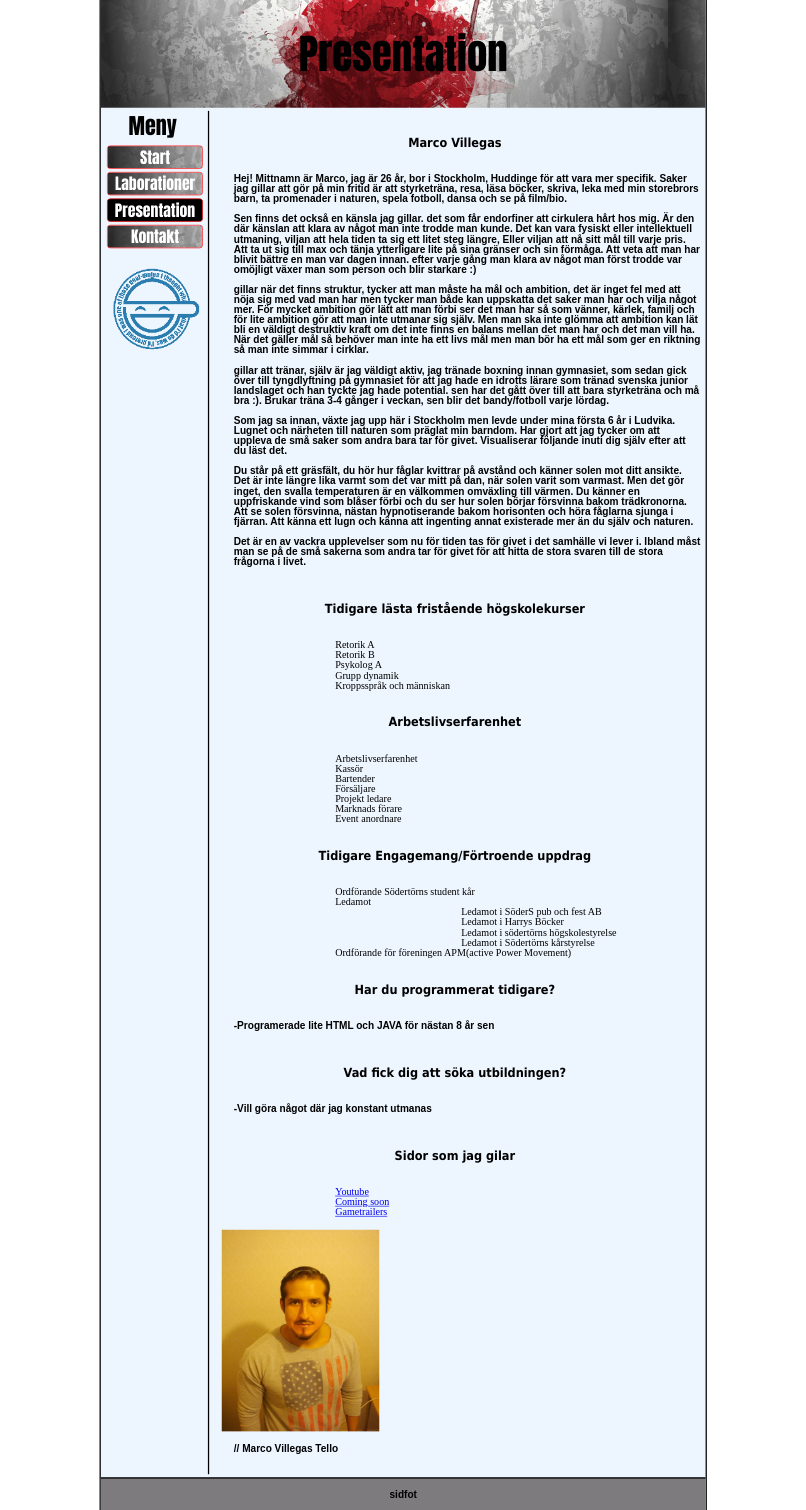
Repository: Marco30/1ik415-laborationer
Page: pages/presentation.html
The author's editor kept a record of every edit. The page is drawn from the files as they stood at one moment, then again after the next edit.
The browser window is 1280 px wide. The pictures show the whole page, at 63% of full size.

Above is the page before.

### pages/presentation.html
<!DOCTYPE html>

<html lang="sv">

<head>

        <meta charset="UTF-8"/>

        <title>Min första sida</title>

        <link href="../CSS/style.css" rel="stylesheet" type="text/css">

    <link rel="apple-touch-icon" href="..ios/apple-touch-icon-iphone-60x60.png">
<link rel="apple-touch-icon" sizes="60x60" href="..ios/apple-touch-icon-ipad-76x76.png">
<link rel="apple-touch-icon" sizes="114x114" href="..ios/apple-touch-icon-iphone-retina-120x120.png">
<link rel="apple-touch-icon" sizes="144x144" href="..ios/apple-touch-icon-ipad-retina-152x152.png">

</head>

<body>

<div id="inramning">

        <div id="sidhuvud">

        <h1>Presentation</h1>

        </div>

        <div id="menyruta">

        <div id="meny">

        <h4>Meny</h4>

        <ul>

                <li> <a href="../index.html">Start</a> </li>

                <li> <a href="Laborationer.html">Laborationer</a> </li>

                <li> <a href="presentation.html" id="active">Presentation</a> </li>

                <li> <a href="kontakt.html">Kontakt</a> </li>

        </ul>

        </div>

        </div>

        <div id="blogg">

        <H4>Marco Villegas</H4>

        <p>
                Hej! Mittnamn är Marco, jag är 26 år, bor i Stockholm, Huddinge för att vara mer specifik.
                Saker jag gillar att gör på min fritid är att styrketräna, resa, läsa böcker, skriva, leka med min storebrors barn, ta promenader i naturen, spela fotboll, dansa och se på film/bio.
        </p>

        <br/>

        <p>
                Sen finns det också en känsla jag gillar. det som får endorfiner att cirkulera hårt hos mig. Är den där känslan att klara av något man inte trodde man kunde. Det kan vara fysiskt eller intellektuell utmaning, viljan att hela tiden ta sig ett litet steg längre, Eller viljan att nå sitt mål till varje pris. Att ta ut sig till max och tänja ytterligare lite på sina gränser och sin förmåga. Att veta att man har blivit bättre en man var dagen innan. efter varje gång man klara av något man först trodde var omöjligt växer man som person och blir starkare :)
        </p>

        <br/>

        <p>
                gillar när det finns struktur, tycker att man måste ha mål och ambition, det är inget fel med att nöja sig med vad man har men tycker man både kan uppskatta det saker man har och vilja något mer. För mycket ambition gör lätt att man förbi ser det man har så som vänner, kärlek, familj och för lite ambition gör att man inte utmanar sig själv. Men man ska inte glömma att ambition kan lät bli en väldigt destruktiv kraft om det inte finns en balans mellan det man har och det man vill ha. När det gäller mål så behöver man inte ha ett livs mål men man bör ha ett mål som ger en riktning så man inte simmar i cirklar.
        </p>

        <br/>

        <p>
                gillar att tränar, själv är jag väldigt aktiv, jag tränade boxning innan gymnasiet, som sedan gick över till tyngdlyftning på gymnasiet för att jag hade en idrotts lärare som tränad svenska junior landslaget och han tyckte jag hade potential. sen har det gått över till att bara styrketräna och må bra :). Brukar träna 3-4 gånger i veckan, sen blir det bandy/fotboll varje lördag.
        </P>

        <br/>

        <p>
                Som jag sa innan, växte jag upp här i Stockholm men levde under mina första 6 år i Ludvika. Lugnet och närheten till naturen som präglat min barndom. Har gjort att jag tycker om att uppleva de små saker som andra bara tar för givet.
                Visualiserar följande inuti dig själv efter att du läst det.
        </p>

        <br/>

        <p>
                Du står på ett gräsfält, du hör hur fåglar kvittrar på avstånd och känner solen mot ditt ansikte. Det är inte längre lika varmt som det var mitt på dan, när solen varit som varmast. Men det gör inget, den svalla temperaturen är en välkommen omväxling till värmen. Du känner en uppfriskande vind som blåser förbi och du ser hur solen börjar försvinna bakom trädkronorna. Att se solen försvinna, nästan hypnotiserande bakom horisonten och höra fåglarna sjunga i fjärran. Att känna ett lugn och känna att ingenting annat existerade mer än du själv och naturen.
        </p>

        <br/>

        <p>
                Det är en av vackra upplevelser som nu för tiden tas för givet i det samhälle vi lever i.
                Ibland måst man se på de små sakerna som andra tar för givet för att hitta de stora svaren till de stora frågorna i livet.
        </p>
        <br/>

        <h4>Tidigare lästa fristående högskolekurser</h4>

        <ul class="lablista">

                <li>Retorik A</li>

                <li>Retorik B</li>

                <li>Psykolog A</li>

                <li>Grupp dynamik</li>

                <li>Kroppsspråk och människan</li>

        </ul>
  <h4>Arbetslivserfarenhet </h4>
        <dl class="lablista">

                <dt> Arbetslivserfarenhet </dt>

   		<dd> Kassör </dd>

   		<dd> Bartender </dd>

   		<dd> Försäljare </dd>

   		<dd> Projekt ledare </dd>

   		<dd> Marknads förare </dd>

   		<dd> Event anordnare </dd>


        </dl>


        <h4>Tidigare Engagemang/Förtroende uppdrag </h4>

        <ul class="lablista">
                <li>Ordförande Södertörns student kår</li>

                <li>Ledamot

                        <ul class="lablista">

                                <li>Ledamot i SöderS pub och fest AB</li>

                                <li>Ledamot i Harrys Böcker </li>

                                <li>Ledamot i södertörns högskolestyrelse</li>

                                <li>Ledamot i Södertörns kårstyrelse</li>

                        </ul>

                </li>

                <li>Ordförande för föreningen APM(active Power Movement)</li>

        </ul>

        <H4>Har du programmerat tidigare?</H4>

        <p>
                -Programerade lite HTML och JAVA för nästan 8 år sen
        </p>
         <br/>
        <h4>Vad fick dig att söka utbildningen?</h4>

        <p>
                -Vill göra något där jag konstant utmanas
        </p>
         <br/>
        <h4>Sidor som jag gilar</h4>


        <ul class="lablista">

                <li> <a href="http://www.youtube.com"> Youtube </a> </li>

                <li> <a href="http://www.comingsoon.net"> Coming soon </a> </li>

                <li> <a href="http://www.gametrailers.com"> Gametrailers </a> </li>

        </ul>

        <a id="jag"></a>
        <img src="../pics/smil3.jpg" alt="Smiley face" width="250" height="320" class="left" class="noprint">

        <p>
        // Marco Villegas Tello
        </p>
        <br/>
        <br/>
        </div>

        <div id="sidfot">

        <p>
        sidfot
        </p>

        </div>


</div>

</body>

</html>

### CSS/style.css
 /* http://meyerweb.com/eric/tools/css/reset/
   v2.0 | 20110126
   License: none (public domain)
*/

html, body, div, span, applet, object, iframe,
h1, h2, h3, h4, h5, h6, p, blockquote, pre,
a, abbr, acronym, address, big, cite, code,
del, dfn, em, img, ins, kbd, q, s, samp,
small, strike, strong, sub, sup, tt, var,
b, u, i, center,
dl, dt, dd, ol, ul, li,
fieldset, form, label, legend,
table, caption, tbody, tfoot, thead, tr, th, td,
article, aside, canvas, details, embed,
figure, figcaption, footer, header, hgroup,
menu, nav, output, ruby, section, summary,
time, mark, audio, video {
    margin: 0;
    padding: 0;
    border: 0;
    font-size: 100%;
    font: inherit;
    vertical-align: baseline;
}
/* HTML5 display-role reset for older browsers */
article, aside, details, figcaption, figure,
footer, header, hgroup, menu, nav, section {
    display: block;
}
body {
    line-height: 1;
}
ol, ul {
    list-style: none;
}
blockquote, q {
    quotes: none;
}
blockquote:before, blockquote:after,
q:before, q:after {
    content: '';
    content: none;
}
table {
    border-collapse: collapse;
    border-spacing: 0;
}


#inramning
{
         width:960px;
        margin:0 auto;
        background-color: #EDF5FF;
        border-left: 2px solid black;
        border-right: 2px solid black;
}


#sidhuvud /* skappar rammen längs upp, den som har sidans namn */
{

        background-image: url(pics/Max.png);
        height:171px;

}

#sidhuvud H1 /* ger H1 följande egenskaper som  alltid är bundna till sidhuvud div */
{
        font-weight: bold;
        line-height:171px;
        text-align:center;
        font-family: Impact, Charcoal, sans-serif;
        font-size: 65px;
        color:black;
}


#menyruta /* skappar rutan som menyn finns i och har alla des egenskaper som färg, bred, position m.m.*/
{
        float: left;
        width: 155px;
        height: 600px;
        margin: 5px;
        font-family: Impact, Charcoal, sans-serif;
        background-image: url(pics/fun1.png);
        background-repeat: no-repeat;
        background-position:15px 250px;


}

#menyruta H4 /* ger H1 följande egenskaper som alltid är bundna till menyruta div */
{
        line-height:50px;
        font-weight: bold;
        text-align:center;
        font-size: 35px;
}

#meny /* centerar all text i meny div*/
{
        text-align: center;

}


#meny li /* ger li följande egenskaper som alltid är bundna till meny div */
{
        margin: 5px;
        padding: 0;
        list-style: none;
}

#meny li a /* ger li a följande egenskaper som alltid är bundna till meny div */
{
        display: block;
        width: 130px;
        margin: 0;
        padding: 5px 10px 5px 10px;
        text-decoration: none;
        font-family: Impact, Charcoal, sans-serif;
        font-size: 25px;
        color: white;
        border-radius: 5px;
        border: 1px solid red;
       background: url('pics/Max.png');

}

#meny li a:hover /* ger li A följande egenskaper när mus pekaren svävar över den */
{
        padding: 5px 12px;
        color: white;
}

#meny #active /* visar vilken sida man är på i menyn genom att göra den lenken svart*/
{
        background: black;
}


#blogg
{
        float: left;
        width: 780px;
        border-left: 2px solid black;
        margin: 5px;
        text-align:center;
}

#blogg table, th, td
{
        margin-left:auto;
        margin-right:auto;
        border: 1px solid black;
}


#blogg H2
{
        font-family: Tahoma, Geneva, sans-serif;
        font-weight: bold;
        text-align:center;
        font-size: 40px;
}

#blogg H4
{
        line-height:100px;
        font-family: Tahoma, Geneva, sans-serif;
        font-weight: bold;
        text-align:center;
        font-size: 20px;
}

#blogg form
{
        text-align: left;
        background: none repeat scroll 0% 0% #CCC;
        border: 1px solid rgb(170, 57, 57);
        padding-left: 100px;
        color: rgb(170, 57, 57);
        font-size: 18px;
        font-weight: bold;
        font-family: Tahoma,Geneva,sans-serif;
        margin: 20px 50px 20px 90px;
}

#blogg form H4
{
        line-height:100px;
        font-family: Tahoma, Geneva, sans-serif;
        font-weight: bold;
        text-align:center;
        font-size: 30px;
}

#blogg input
{
        color: rgb(170, 57, 57);
        padding: 10px;
        font-family: Tahoma,Geneva,sans-serif;
        font-size: 16px;
        margin-bottom: 15px;
        margin-top: 10px;
        background-color: rgba(255, 255, 255, 0.4);
        border: 5px solid rgb(170, 57, 57);
}

#blogg select
{
        border: 5px solid #AA3939;
        padding: 10px;
        font-family: Keffeesatz,Arial;
        font-size: 14px;
        margin-bottom: 15px;
        margin-top: 10px;
        background-color: rgba(255, 255, 255, 0.4);
        color: #AA3939;
}


#blogg textarea
{
        color: #AA3939;
        background-color: rgba(255, 255, 255, 0.4);
        padding: 10px;
        font-family: Keffeesatz,Arial;
        margin-top: 10px;
        width: 450px;
        margin-bottom: 15px;
        font-size: 16px;
        border: 5px solid #AA3939;
}



#blogg P
{
        padding-left: 5%;
        font-family: ‘Lucida Sans Unicode’, ‘Lucida Grande’, sans-serif;
        font-weight: bold;
        text-align:left;
}

#sidfot
{
        clear: left;
        width: 960px;
        height: 50px;
        background-color: #7E7B7F;
        border-top: 2px solid black;

}

#sidfot P
{
        line-height:50px;
        text-align:center;
        font-family: ‘Lucida Sans Unicode’, ‘Lucida Grande’, sans-serif;
        font-weight: bold;


}


 .right /*class som   placerar objekt till höger*/
{
        float:right;
        margin: 0 0 20px 20px;
}

 .left /*class som   placerar objekt till vänster*/
{
        float:left;
        margin: 20px 520px 20px 20px;
}


#blogg #sprite {
        width: 24px;
        height: 24px;
        background: url(pics/sprite.png) 24px -144px;
padding: 4px 24px 3px 0px;
display: block;
width: 147px;
margin: 0px 0px -17px 16px;
background-repeat: no-repeat;
text-decoration: none;
color: #ccc8b8;


}

#blogg #sprite:hover{
        width: 24px;
        height: 24px;
        background: url(pics/sprite.png) 24px -96px;
padding: 4px 24px 3px 0px;
display: block;
width: 147px;
margin: 0px 0px -17px 16px;
background-repeat: no-repeat;
text-decoration: none;
color: blue;
}

#blogg #b {

  width: 24px;
  height: 24px;
   background: url('pics/sprite.png') 24px -192px;
 text-align: center;
padding: 5px 24px 3px 0px;
display: block;
width: 147px;
margin: 9px 0px -26px -48px;
background-repeat: no-repeat;
text-decoration: none;

}

#blogg #b:hover{
  background: url('pics/sprite.png') 24px -240px;
  width: 24px;
  height: 24px;
  text-align: center;
padding: 5px 24px 3px 0px;
display: block;
width: 147px;
margin: 9px 0px -26px -48px;
background-repeat: no-repeat;
color: #ccc8b8;
text-decoration: none;

}


.lablista
{
        padding-left: 200px;
        text-align:left;
        padding: 5;
}


        /* CSS för utrskrift startar här ifrån */

@media print {


        /* tar bort element som man inte vill ha i utskriften */


        #menyruta, #sidfot
        {
                display: none;
                border: 0;

        }

        #inramning
        {
                background-color:none;
                border-left: none;
                border-right: none;
        }


        #blogg
        {
                border: none;
        }

        img {
                display: none;
        }


        /* gör så att man får färg på lenkar i utskriften */
        #blogg a:link, a:visited
        {
                color: #781351;
        }

        /*visar hela adressen på en lenk bredvid namnet*/
        #blogg a:after
        {
                content: " (" attr(href) ")";
                font-size: 14px 0px;
        }

}


@media only screen and (max-device-width : 481px) {

	div#inramning
	{
	         width: 976px;
/*margin: 0px auto;*/
margin: 0px 3px 0px 3px;
background-color: #EDF5FF;
border-left: 2px solid black;
border-right: 2px solid black;
	}

        div#sidhuvud /* skappar rammen längs upp, den som har sidans namn */
{

        background-image: url(pics/Max.png);
        height:171px;

}

div#sidhuvud H1 /* ger H1 följande egenskaper som  alltid är bundna till sidhuvud div */
{
        line-height: 171px;
text-align: center;
font-family: Verdana;
font-size: 86px;
color: white;
}


	div#blogg
	{
		float: none;
		width: 100%;
		text-align: center;
		border-left: none;
		margin: none;
	}

	div#blogg H2
	{
    /*font-family: Tahoma,Geneva,sans-serif;
font-weight: bold;
text-align: center;
font-size: 46px; */
font-weight: bold;
text-align: center;
font-size: 43px;
font-family: verdana;
text-decoration: underline;

	}

div#blogg H4
{
    /*line-height: 90px;
font-weight: bold;
text-align: center;
padding: 40px 7px 16px;
font-size: 42px;
font-family: verdana;*/

line-height: 50px;
font-weight: bold;
text-align: center;
padding: 80px 0px 0px;
font-size: 42px;
font-family: verdana;
margin: 0px 0px -40px 0px;
}

div#blogg P {
   font-family: verdana;
font-weight: normal;
text-align: left;
font-size: 30px;
margin: 0px 90px -65px 0px;
width: 896px;
line-height: 60px;
padding: 70px 0px 0px 50px;
}

div#blogg table, th, td {
margin-right: auto;
border: 1px solid black;
margin: 34px 21px -61px 21px;
font-size: 42px;
font-family: verdana;
line-height: 81px;
padding: 0px 9px 3px 9px;
}


div#blogg a
{

line-height: 61px;
font-size: 42px;
font-family: verdana;
}

div#blogg #sprite {
       height: 24px;
background: url('pics/sprite.png') no-repeat scroll 24px -144px transparent;
padding: 0px 24px 3px 48px;
display: block;
width: 240px;
margin: 41px 56px -39px 157px;
text-decoration: none;
color: #CCC8B8;
font-size: 45px;
font-family: verdana;
font-weight: bold;
background-repeat: no-repeat;

}

div#blogg #sprite:hover{
        width: 24px;
        height: 24px;
        background: url(pics/sprite.png) 24px -96px;
padding: 0px 24px 3px 48px;
display: block;
width:240px;
margin: 41px 56px -39px 157px;
background-repeat: no-repeat;
text-decoration: none;
color: blue;
}

div#blogg #b {


height: 24px;
background: url('pics/sprite.png') 24px -192px;
text-align: center;
padding: 5px 24px 3px 48px;
display: block;
width: 192px;
margin: 33px 0px -26px -48px;
background-repeat: no-repeat;
text-decoration: none;
line-height: 10px;
font-size: 42px;
font-family: verdana;

}

div#blogg #b:hover{
  background: url('pics/sprite.png') 24px -240px;
  height: 24px;
  text-align: center;
padding: 5px 24px 3px 48px;
display: block;
width: 147px;
margin: 33px 0px -26px -48px;
background-repeat: no-repeat;
color: #ccc8b8;
text-decoration: none;
  line-height: 10px;
font-size: 42px;
font-family: verdana;
}



div#sidfot
{
        clear: left;
        width: 100%;
        height: 70px;
        background-color: #7E7B7F;
        border-top: 2px solid black;

}

div#sidfot P
{
        line-height:70px;
        text-align:center;
        font-family: ‘Lucida Sans Unicode’, ‘Lucida Grande’, sans-serif;
        font-weight: bold;
    font-size: 40px;

}



div#menyruta /* skappar rutan som menyn finns i och har alla des egenskaper som färg, bred, position m.m.*/
{
      font-family: Impact,Charcoal,sans-serif;
width: 943px;
height: auto;
padding: 17px 10px 47px 10px;

}

div#menyruta H4 /* ger H1 följande egenskaper som alltid är bundna till menyruta div */
{
       font-size: 60px;
margin: 5px 201px 52px 201px;
font-family: Verdana;

}

div#meny /* centerar all text i meny div*/
{
        text-align: center;
border-top: 4px solid #000;
border-bottom: 4px solid #000;
}


div#meny li /* ger li följande egenskaper som alltid är bundna till meny div */
{
        margin-right: 0px;
display: inline-block;
list-style: none outside none;
}

div#meny li a /* ger li a följande egenskaper som alltid är bundna till meny div */
{
     font-size: 38px;
border: 2px solid #F00;
padding: 10px 6px;
margin: -56px 5px 23px 5px;
border-radius: 3px;
display: block;
text-decoration: none;
color: #FFF;
background: url('pics/Max.png') repeat scroll 0% 0% transparent;
width: auto;
font-family: Verdana;
font-weight: none;
}

div#meny li a:hover /* ger li A följande egenskaper när mus pekaren svävar över den */
{
        padding: 10px 8px;
        color: white;
}

div#meny #active /* visar vilken sida man är på i menyn genom att göra den lenken svart*/
{
        background: black;
}

.lablista
{

       /*text-align: left;
padding: 46px 0px 0px 0px;
font-size: 30px;
margin: -50px 72px 29px 28px;*/

text-align: left;
padding: 51px 0px 0px 0px;
font-size: 22px;
margin: 0px 70px 7px 28px;
font-family: verdana;

}

.right {
    float: right;
    margin: 48px 126px 0px 126px;
}

.left {
float: left;
margin: 20px 649px 20px 20px;
}

/*formulär*/

#blogg form
{
        text-align: left;
background: none repeat scroll 0% 0% #CCC;
border: 1px solid #AA3939;
color: #AA3939;
font-size: 50px;
font-weight: bold;
margin: 218px 140px 0px 168px;
padding: 0px 10px 12px 48px;
font-family: Verdana;

}

#blogg form H4
{
       line-height: 5px;
font-weight: bold;
text-align: center;
font-size: 55px;
font-family: Verdana;
padding: 36px 10px 39px 10px;
}


#blogg input
{
        color: #AA3939;
padding: 10px;
font-family: Tahoma,Geneva,sans-serif;
font-size: 43px;
margin-bottom: 15px;
margin-top: 10px;
background-color: rgba(255, 255, 255, 0.4);
border: 2px solid #AA3939;
}

#blogg select
{
       border: 2px solid #AA3939;
padding: 10px;
font-family: Keffeesatz,Arial;
font-size: 43px;
margin-bottom: 15px;
margin-top: 10px;
background-color: rgba(255, 255, 255, 0.4);
color: #AA3939;
}


#blogg textarea
{
        color: #AA3939;
background-color: rgba(255, 255, 255, 0.4);
padding: 8px 10px 41px 202px;
font-family: Keffeesatz,Arial;
margin-top: 10px;
width: 311px;
margin-bottom: 15px;
font-size: 43px;
border: 2px solid #AA3939;
}

 #blogg input[type=radio] {
        border: 0px none;
    width: 2%;
    height: 1em;

}


}

After the next edit:
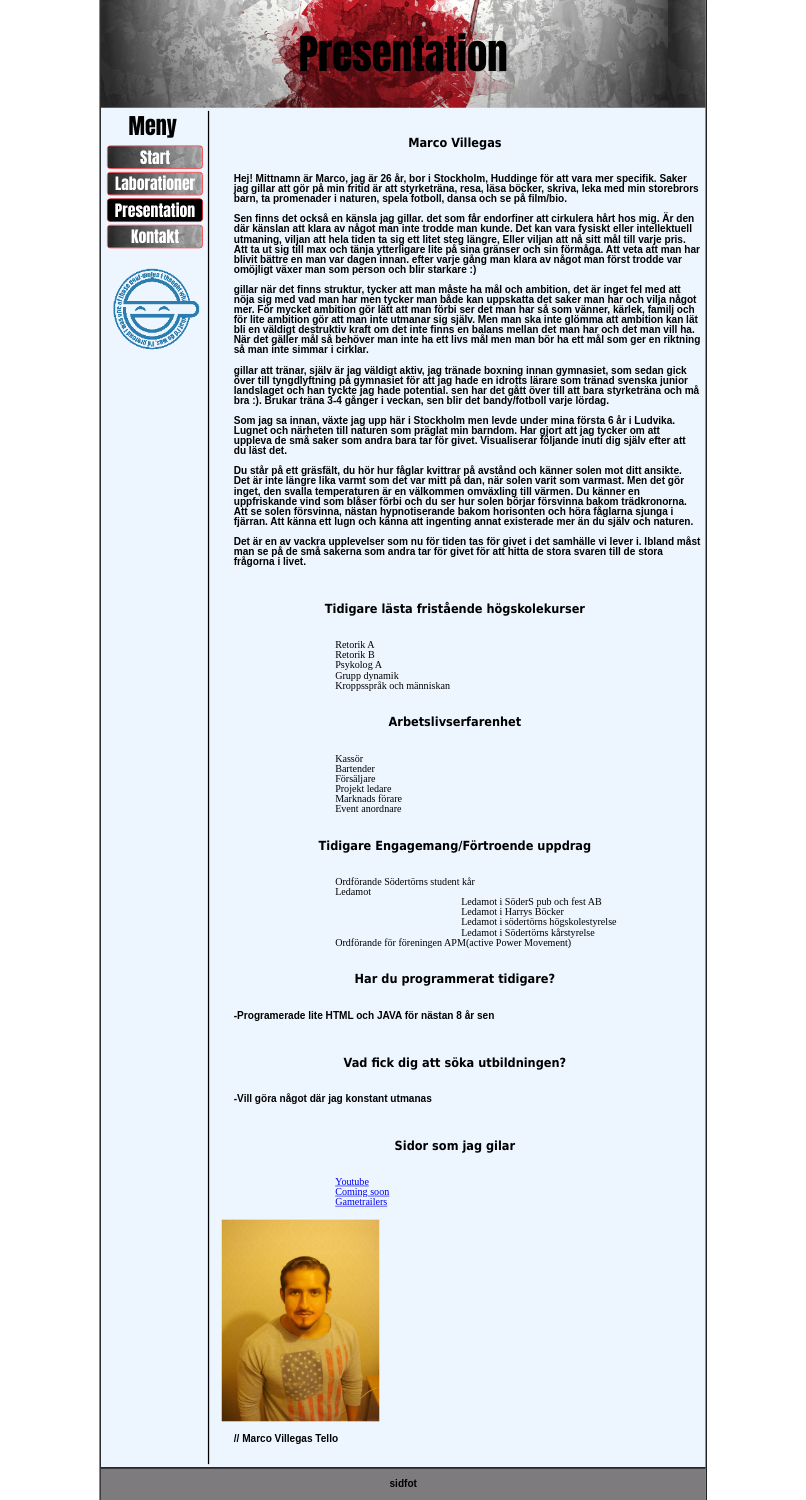
The edit:
--- a/pages/presentation.html
+++ b/pages/presentation.html
@@ -115,7 +115,7 @@
   <h4>Arbetslivserfarenhet </h4>
         <dl class="lablista">
 
-                <dt> Arbetslivserfarenhet </dt>
+                <dt> </dt>
 
    		<dd> Kassör </dd>
 
